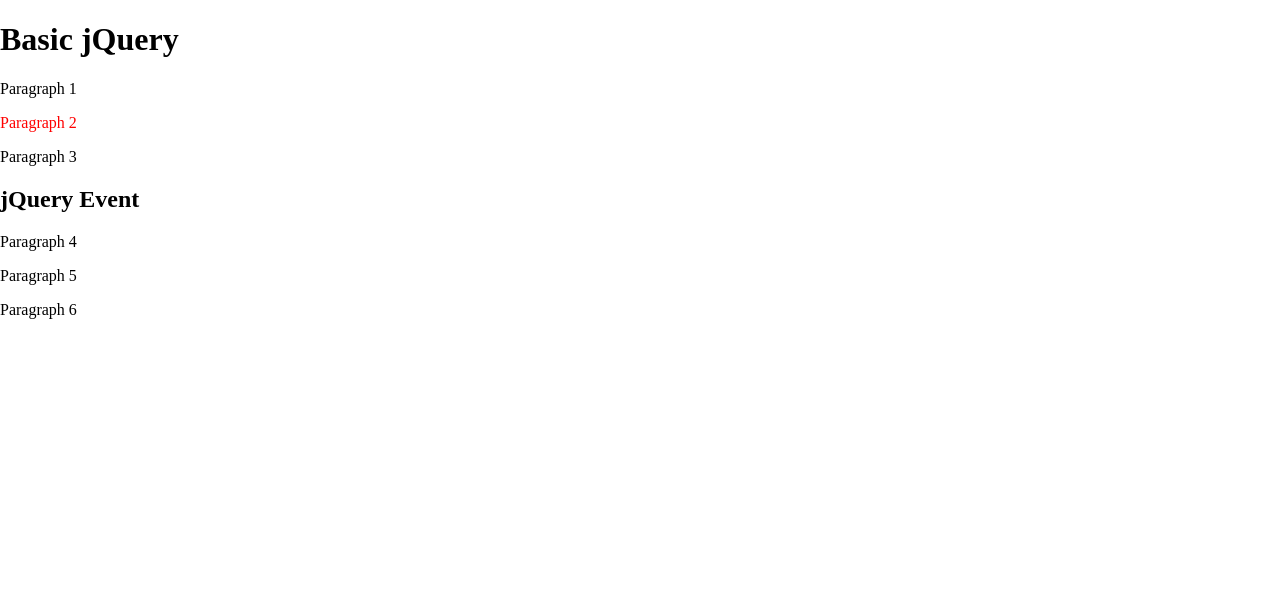
Repository: andyd71/Javascript-Projects
Page: jQuery/jquery.html
These files come from the project's save history. The page is drawn as it stood at one moment and after the next save; the edit follows.
The browser window is 1280 px wide. The pictures show the whole page.

Above is the page before, as saved 2021-05-10 11:11:16.

After the next save:
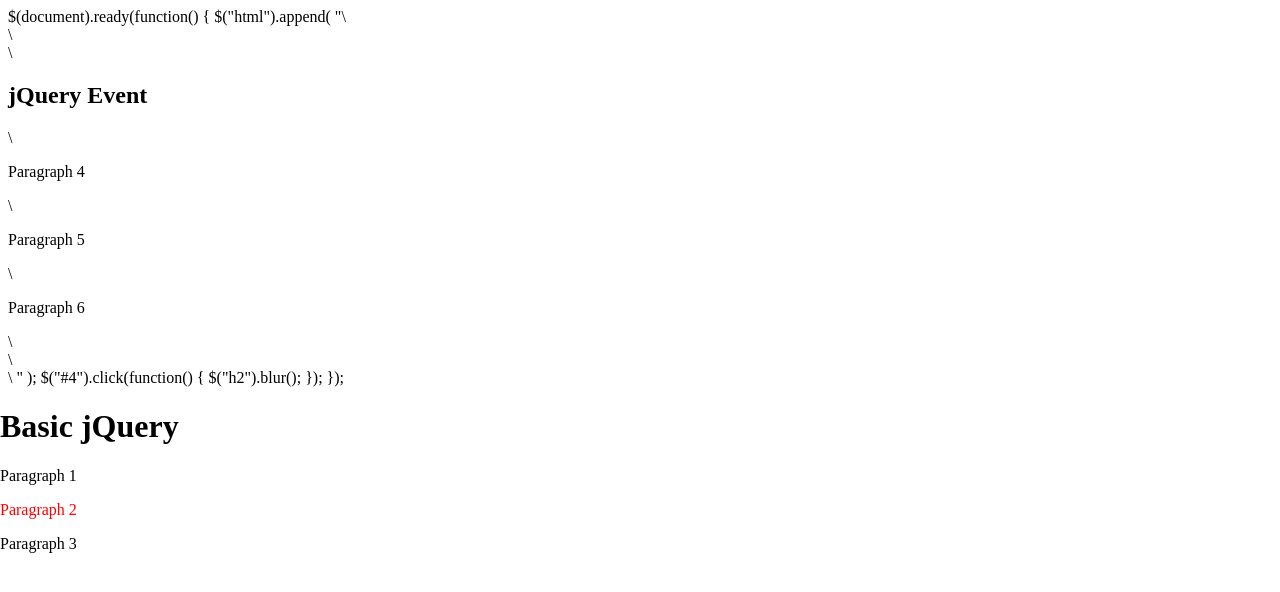
Saved 2 min 54 s later.
--- a/jQuery/jquery.html
+++ b/jQuery/jquery.html
@@ -30,6 +30,7 @@
          $("h1").hide();
  });
     });
+</script>
 
     $(document).ready(function() {
         $("html").append(

After the save that followed:
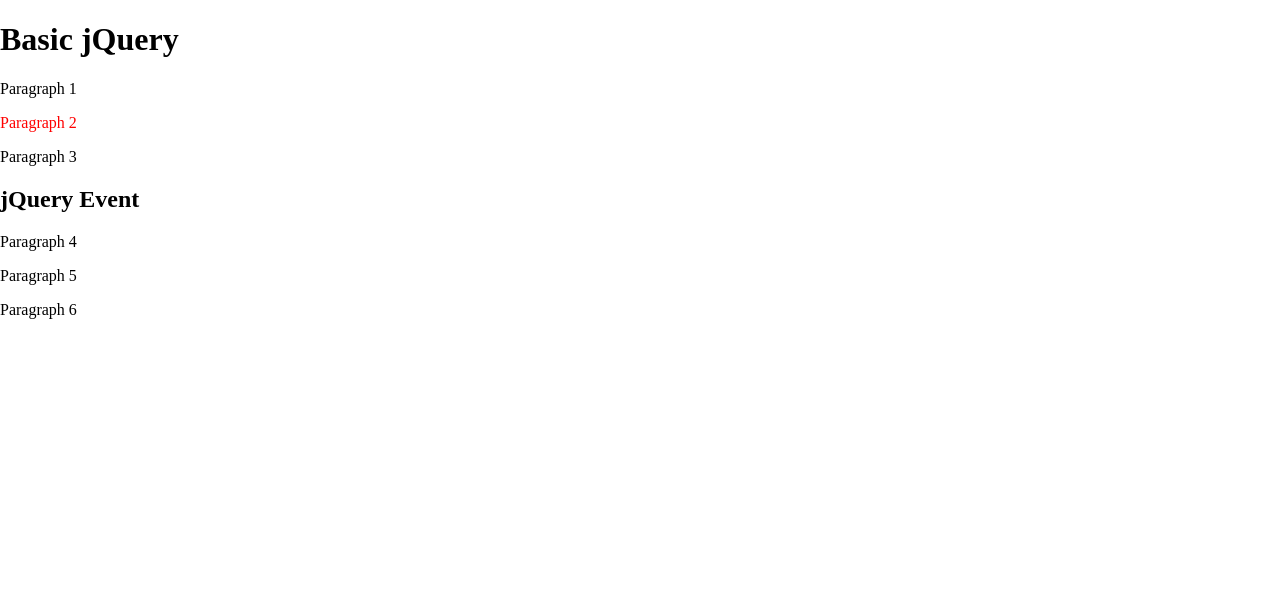
Saved 45 s later.
--- a/jQuery/jquery.html
+++ b/jQuery/jquery.html
@@ -32,6 +32,8 @@
     });
 </script>
 
+<script>
+
     $(document).ready(function() {
         $("html").append(
             "<body>\
